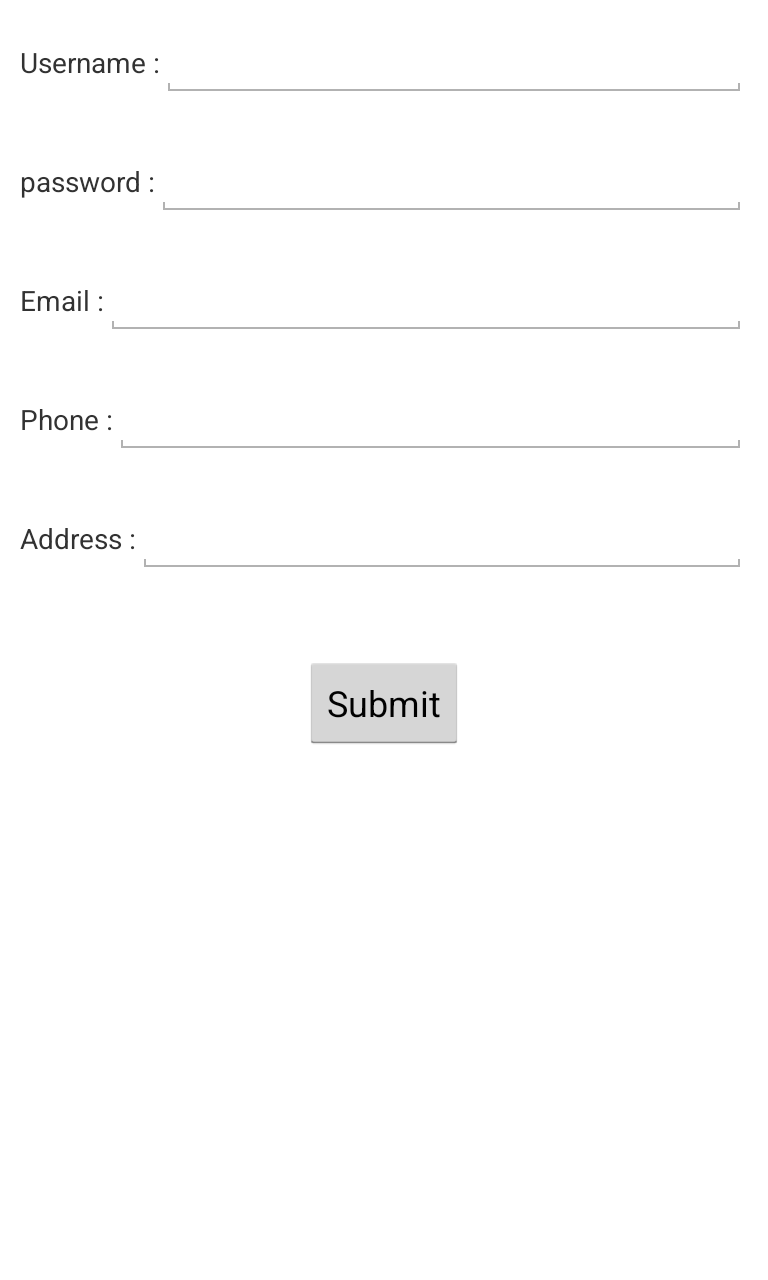
Repository: AnithaGorli/Android
Layout: CustomerApplication/res/layout/login.xml
The author's editor kept a copy of each file at every save. The layout is drawn from the files as they stood at one save, then again after the next save.
It is drawn on a 768 x 1280 px phone screen (xhdpi) without system bars, with theme AppTheme; the app's code is not run.

Above is the layout before, as saved 2014-09-09 11:18:55.

After the next save:
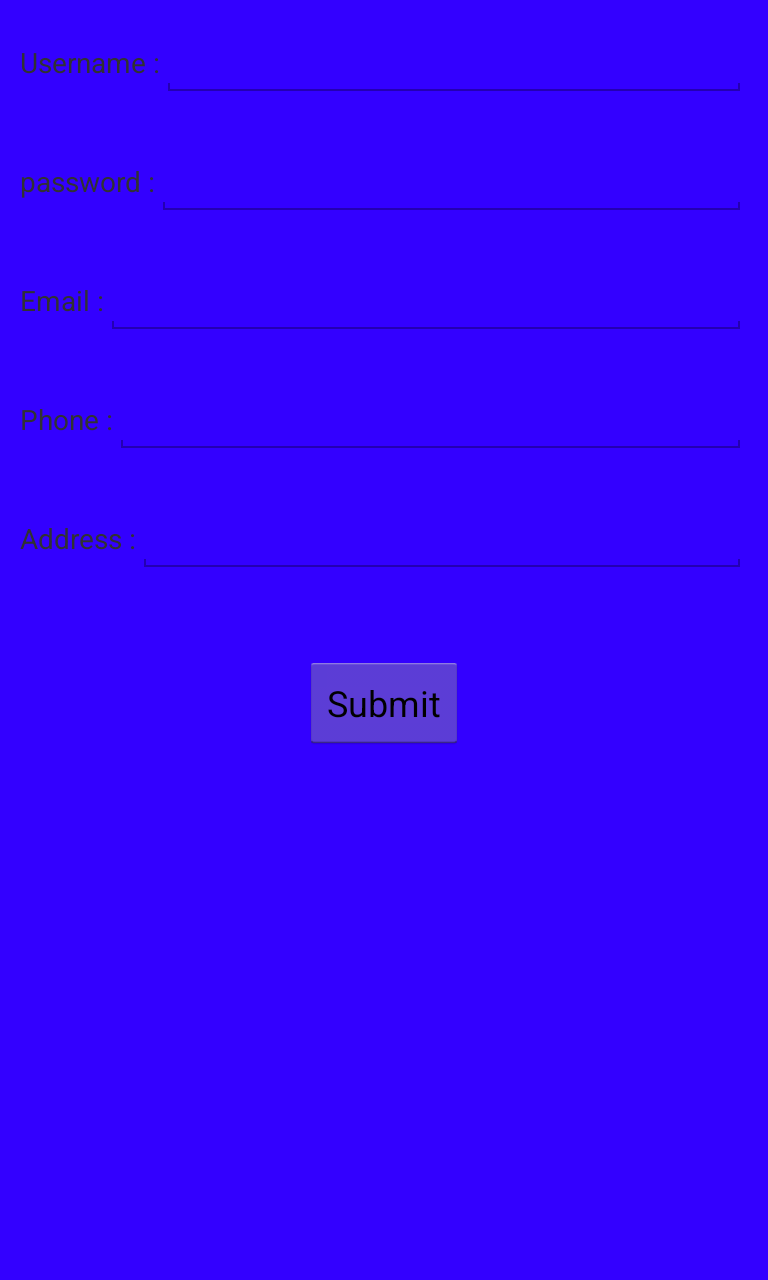
Saved 2 min 25 s later.
--- a/CustomerApplication/res/layout/login.xml
+++ b/CustomerApplication/res/layout/login.xml
@@ -2,7 +2,8 @@
 <LinearLayout xmlns:android="http://schemas.android.com/apk/res/android"
     android:layout_width="match_parent"
     android:layout_height="match_parent"
-    android:orientation="vertical" >
+    android:orientation="vertical"
+    android:background="#3300FF">
 
 <LinearLayout
         android:id="@+id/l1"
